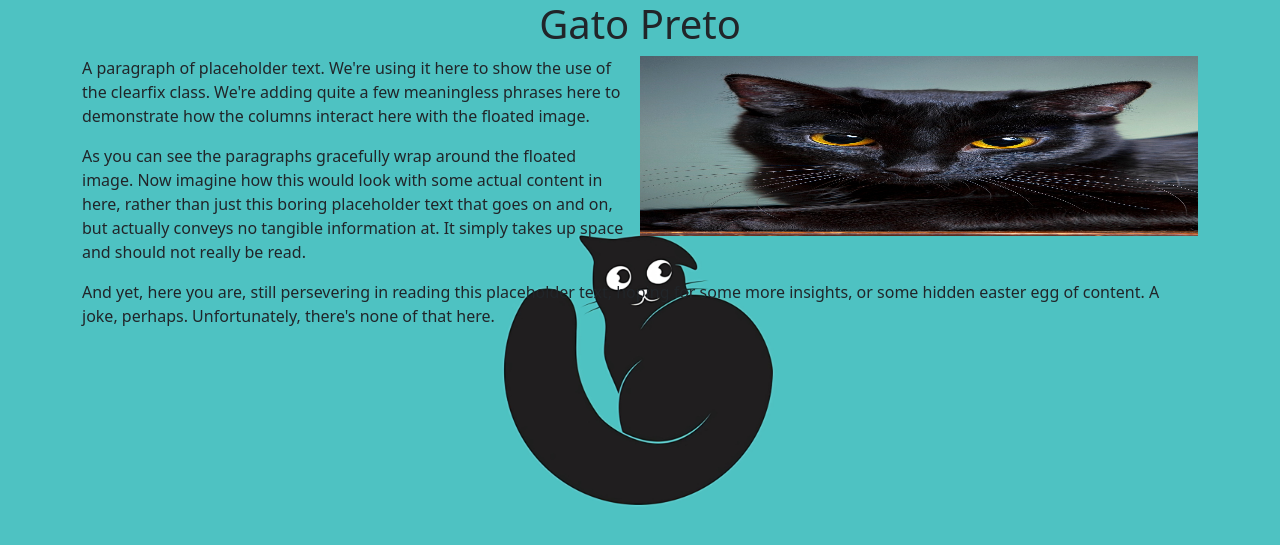
Repository: SktYzu/gatitu
Page: index.html
The author's editor kept a copy of each file at every save. The page is drawn from the files as they stood at one save, then again after the next save.
The browser window is 1280 px wide. The pictures show the whole page.

Above is the page before, as saved 2023-11-27 15:05:25.

After the next save:
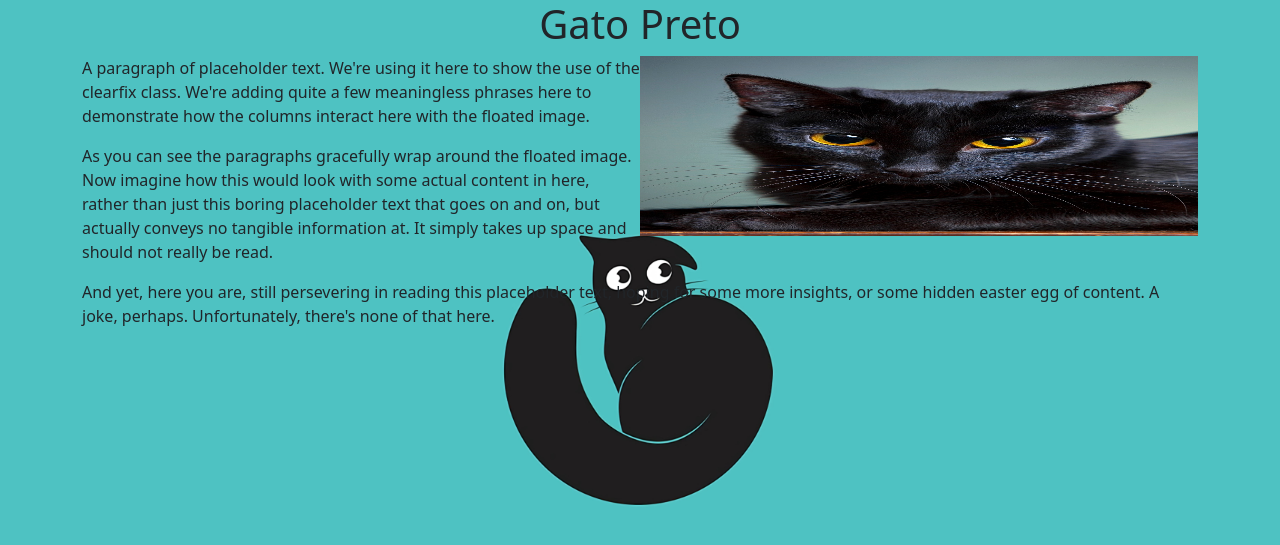
Saved 35 s later.
--- a/index.html
+++ b/index.html
@@ -23,7 +23,7 @@
     <div class="container">
 
         <div class="clearfix">
-            <img src="preto.jpg" class="col-md-6 float-md-end mb-3 ms-md-3" alt="..." width="20%" height="180px">
+            <img src="preto.jpg" class="col-md-6 float-md-end " alt="..." width="20%" height="180px">
 
             <p>
                 A paragraph of placeholder text. We're using it here to show the use of the clearfix class. We're adding

After the save that followed:
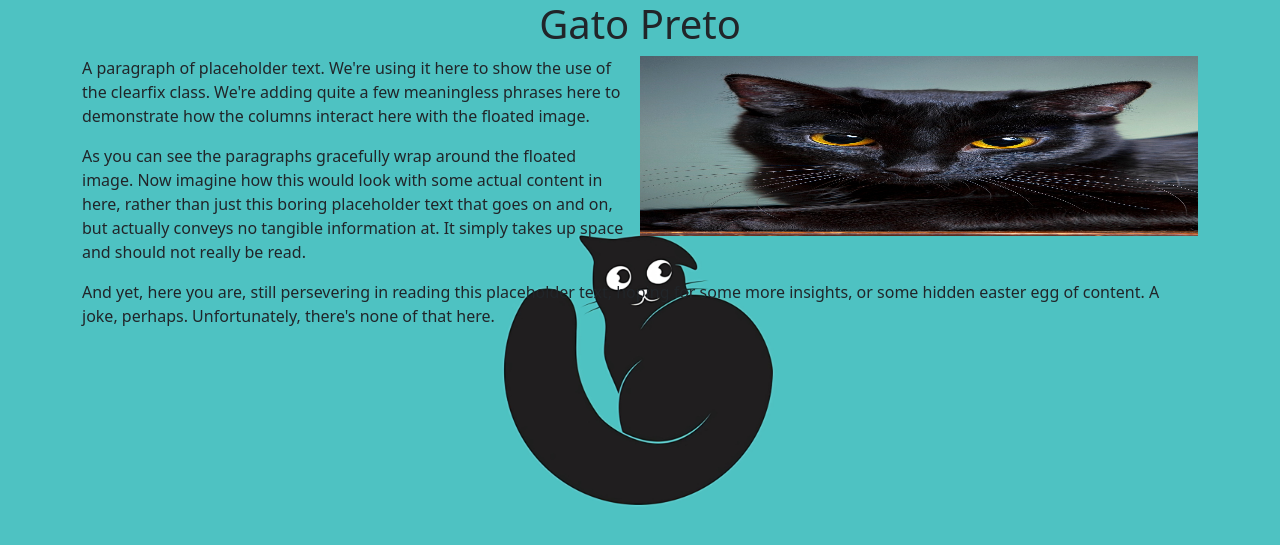
Saved 12 s later.
--- a/index.html
+++ b/index.html
@@ -23,7 +23,7 @@
     <div class="container">
 
         <div class="clearfix">
-            <img src="preto.jpg" class="col-md-6 float-md-end " alt="..." width="20%" height="180px">
+            <img src="preto.jpg" class="col-md-6 float-md-end mb-3 ms-md-3" alt="..." width="20%" height="180px">
 
             <p>
                 A paragraph of placeholder text. We're using it here to show the use of the clearfix class. We're adding
